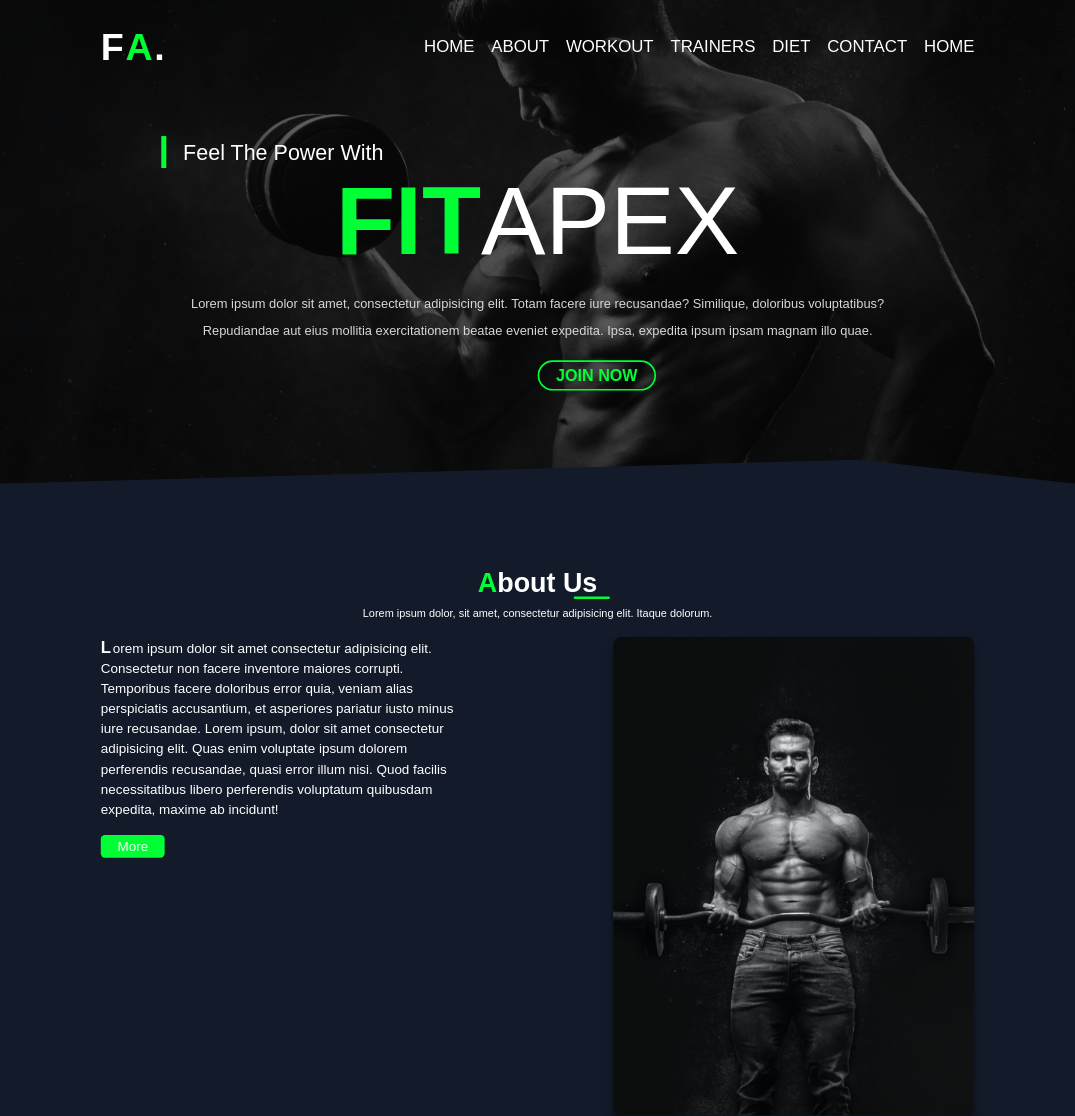
Repository: guilhermecardoso93/fitapex
Page: index.html
An editor plug-in stored every save of this project. The page is shown before and after a run of saves, followed by the edit.
The browser window is 1280 px wide. The pictures show the whole page, at 84% of full size.

Above is the page before, as saved 2023-03-07 20:10:35.

### index.html
<!DOCTYPE html>
<html lang="pr-BR">
  <head>
    <meta charset="UTF-8" />
    <meta http-equiv="X-UA-Compatible" content="IE=edge" />
    <meta name="viewport" content="width=device-width, initial-scale=1.0" />
    <link rel="stylesheet" href="styles.css" />
    <link
      rel="stylesheet"
      href="https://cdnjs.cloudflare.com/ajax/libs/font-awesome/4.7.0/css/font-awesome.css"
    />
    <title>F.A GYM</title>
  </head>
  <body>
    <div class="navbar">
      <a href="#" class="logo">F<b>A</b>.</a>
      <ol>
        <li>
          <a href="#home">home</a>
        </li>
        <li>
          <a href="#about">about</a>
        </li>
        <li>
          <a href="#workout">workout</a>
        </li>
        <li>
          <a href="#trainers">trainers</a>
        </li>
        <li>
          <a href="#diet">diet</a>
        </li>
        <li>
          <a href="#contact">contact</a>
        </li>
        <li>
          <a href="#home">home</a>
        </li>
      </ol>
    </div>
    <section id="home" class="home view">
      <div class="highlights">
        <h3>feel the power with</h3>
        <h1><b>FIT</b>APEX</h1><br>
        <p class="tagline">
          Lorem ipsum dolor sit amet, consectetur adipisicing elit. Totam facere iure recusandae? Similique, doloribus voluptatibus? Repudiandae aut eius mollitia exercitationem beatae eveniet expedita. Ipsa, expedita ipsum ipsam magnam illo quae.
        </p>
        <button class="join">join now</button>
      </div>
      <div class="banner"/>
    </section>

    <section id="about" class="about view">
      <div class="main">
        <h2><span>A</span>bout Us</h2>
        <h6>Lorem ipsum dolor, sit amet, consectetur adipisicing elit. Itaque dolorum.</h6>
      </div>
      <div class="content">
        <div class="cols">
          <p><b>L</b>orem ipsum dolor sit amet consectetur adipisicing elit. Consectetur non facere inventore maiores corrupti. Temporibus facere doloribus error quia, veniam alias perspiciatis accusantium, et asperiores pariatur iusto minus iure recusandae. Lorem ipsum, dolor sit amet consectetur adipisicing elit. Quas enim voluptate ipsum dolorem perferendis recusandae, quasi error illum nisi. Quod facilis necessitatibus libero perferendis voluptatum quibusdam expedita, maxime ab incidunt! </p>
          <a href="#">more</a>
        </div>
        <div class="cols">
          <div class="box">
            <img src="./assets/about.jpg" alt="">
          </div>
        </div>
      </div>
    </section>
  </body>
</html>

### styles.css
@import url("https://fonts.googleapis.com/css2?family=Poppins:wght@400;500&display=swap");

@import "./css/_navbar.css";
@import "./css/_home.css";
@import "./css/_about.css";

* {
  margin: 0;
  padding: 0;
  box-sizing: border-box;
  font-family: "Poppisns", sans-serif;
  outline: none;
  color: #fff;
}

:root {
  --prime: #00ff34;
}

body {
  background-color: #131b2b;
}


.view {
  width: 100%;
  min-height: 80vh;
  position: relative;
}

### css/_navbar.css

.navbar {
  width: 100%;
  display: flex;
  position: fixed;
  padding: 30px 120px;
  background-color: transparent;
  justify-content: space-between;
  z-index: 1111;
  transition: 0.5s ease;
}

.logo {
  font-size: 2.8em;
  font-weight: 800;
  letter-spacing: 2px;
  text-transform: uppercase;
  text-decoration: none;
}

.logo B{
  color: var(--prime);
}

ol {
  display: flex;
  margin: auto 0;
}

ol li {
  list-style: none;
  margin-left: 20px;
}

ol li a {
  font-size: 20px;
  font-weight:500;
  text-transform: uppercase;
  text-decoration: none;
}

ol li:hover a {
  color: var(--prime);
}

### css/_home.css
.home {
  display: flex;
  min-height: 120vh;
  align-items: center;
  justify-content: center;
  clip-path: polygon(0 0, 100% 0, 100% 100%, 80% 95%, 0 100%);
}

.banner {
  height: 100%;
  width: 100%;
  position: absolute;
  background: url("../assets/banner.jpg");
  background-size: cover;
  background-position: center;
  filter: brightness(40%);
}

.highlights {
  width: 70%;
  position: relative;
  display: inline-block;
  justify-content: center;
  z-index: 11;
}

.highlights h3 {
  display: inline;
  font-size: 2vw;
  padding: 5px 20px;
  font-weight: lighter;
  text-transform: capitalize;
  border-left: 6px solid var(--prime);
}

.highlights h1 {
  font-size: 9vw;
  text-align: center;
  font-weight: normal;
}

.highlights b {
  color: var(--prime);
  font-weight: 800;
  font-family: sans-serif;
}

.highlights .tagline {
  color: #d7d7d7;
  font-size: 1.2vw;
  text-align: center;
  font-weight: normal;
  line-height: 32px;
}

.highlights .join {
  position: absolute;
  left: 50%;
  margin-top: 1.2rem;
  padding: 5px 20px;

  transform: tanslateX(-500%);
  font-weight: 800;
  font-size: 1.5vw;
  text-transform: uppercase;

  color: var(--prime);
  border: 2px solid var(--prime);
  border-radius: 50px;
  background: transparent;

  transition: 0.3s ease;
}

.highlights .join:hover {
  color: #fff;
  cursor: pointer;
  letter-spacing: 1.5px;
  background: var(--prime);
}

### css/_about.css
.main {
  width: 100%;
  text-align: center;
  padding-bottom: 20px;
}

.main h2 {
  font-size: 2.5vw;
  position: relative;
  text-align: center;
  padding-top: 100px;
  display: inline-block;
}

span {
  color: var(--prime);
}

.main h2:before {
  position: absolute;
  content: "";
  background: var(--prime);
  height: 3px;
  width: 30%;
  right: -15px;
  bottom: 0;
  border-radius: 50px;
}

.main h6 {
  margin-top: 10px;
  font-size: 13px;
  font-family: sans-serif;
  font-weight: lighter;
}

.content {
  position: relative;
  display: flex;
  width: 100%;
  padding: 0 30px;
  justify-content: center;
  line-height: 1.5em;
}

.about .content .cols {
  position: relative;
  width: 100%;
  height: 100%;
  padding: 0px 90px;
}

.about .content .cols p b {
  font-size: 20px;
  margin-right: 2px;
}

.about .content .cols a {
  position: relative;
  top: 20px;
  color: #fff;
  background-color: var(--prime);
  padding: 5px 20px;
  border-radius: 5px;
  text-decoration: none;
  text-weight: 500;
  text-transform: capitalize;
}

.about .content .cols a:hover {
  color: #000;
  background: #fff;
}

.about .content .cols .box {
  position: relative;
  height: 570px;
  box-shadow: 0 10px 10px rgba(0, 0, 0, 0.5);
  border-radius: 10px;
}

.about .content .cols .box img {
  position: absolute;
  top: 0;
  left: 0;
  height: 100%;
  width: 100%;
  object-fit: cover;
  border-radius: 10px;
}

After the next 2 saves:
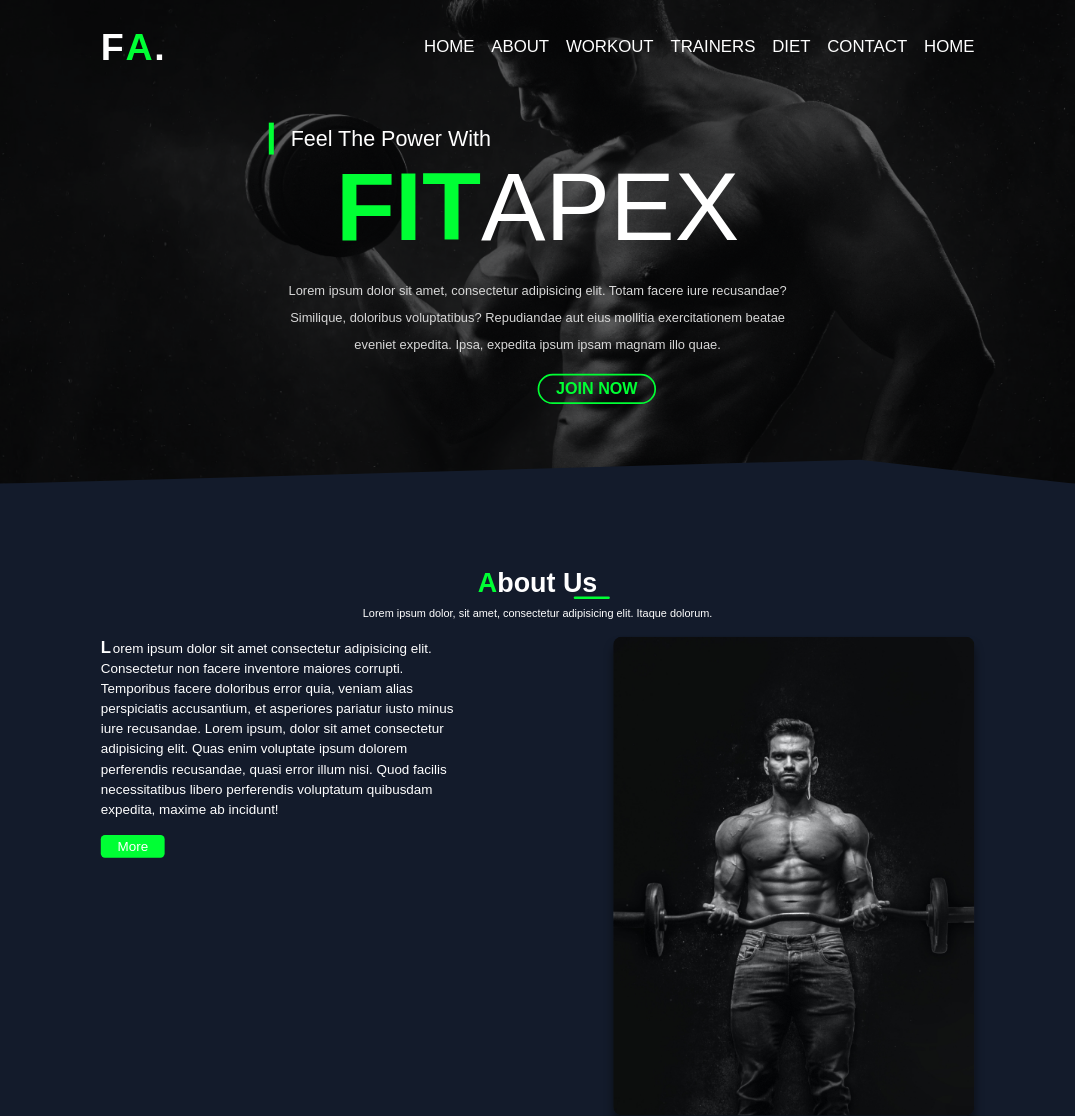
The 2 saves are shown as one change because they came seconds apart.
The last was saved 13 s later.
--- a/css/_home.css
+++ b/css/_home.css
@@ -17,7 +17,7 @@
 }
 
 .highlights {
-  width: 70%;
+  width: 50%;
   position: relative;
   display: inline-block;
   justify-content: center;
